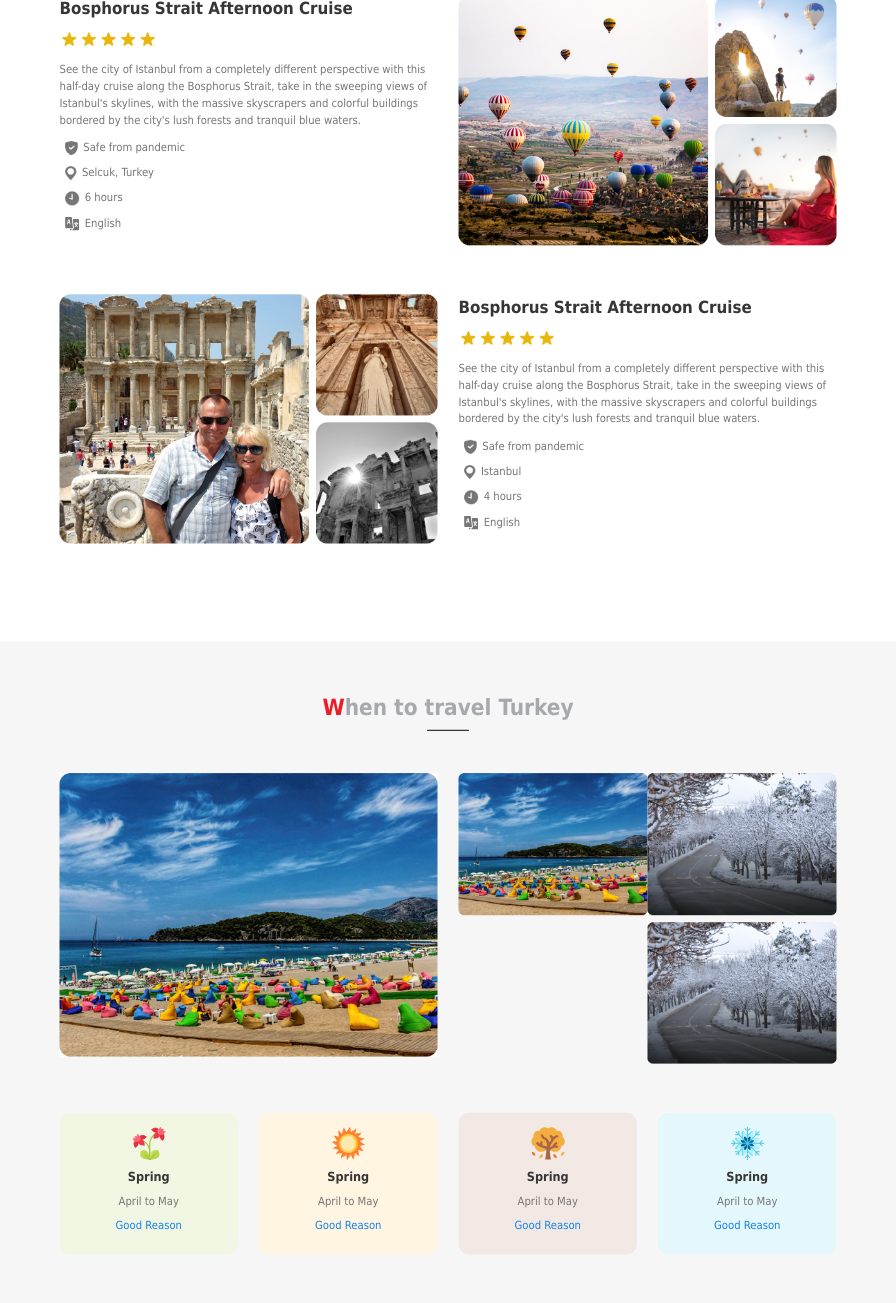
Repository: cvminhquan/turkey
Page: index.html
The author's editor kept a copy of each file at every save. The page is drawn from the files as they stood at one save, then again after the next save.
The browser window is 1280 px wide. The pictures show the part of the page from y = 1949 to 3869 px (the page is 3811 px tall before and 3869 px after), at 70% of full size.
The style sheet was rebuilt from its Sass, Less or Tailwind sources for each picture, by a compiler version that may differ from the author's.

Above is the page before, as saved 2022-09-15 22:19:42.

After the next save:
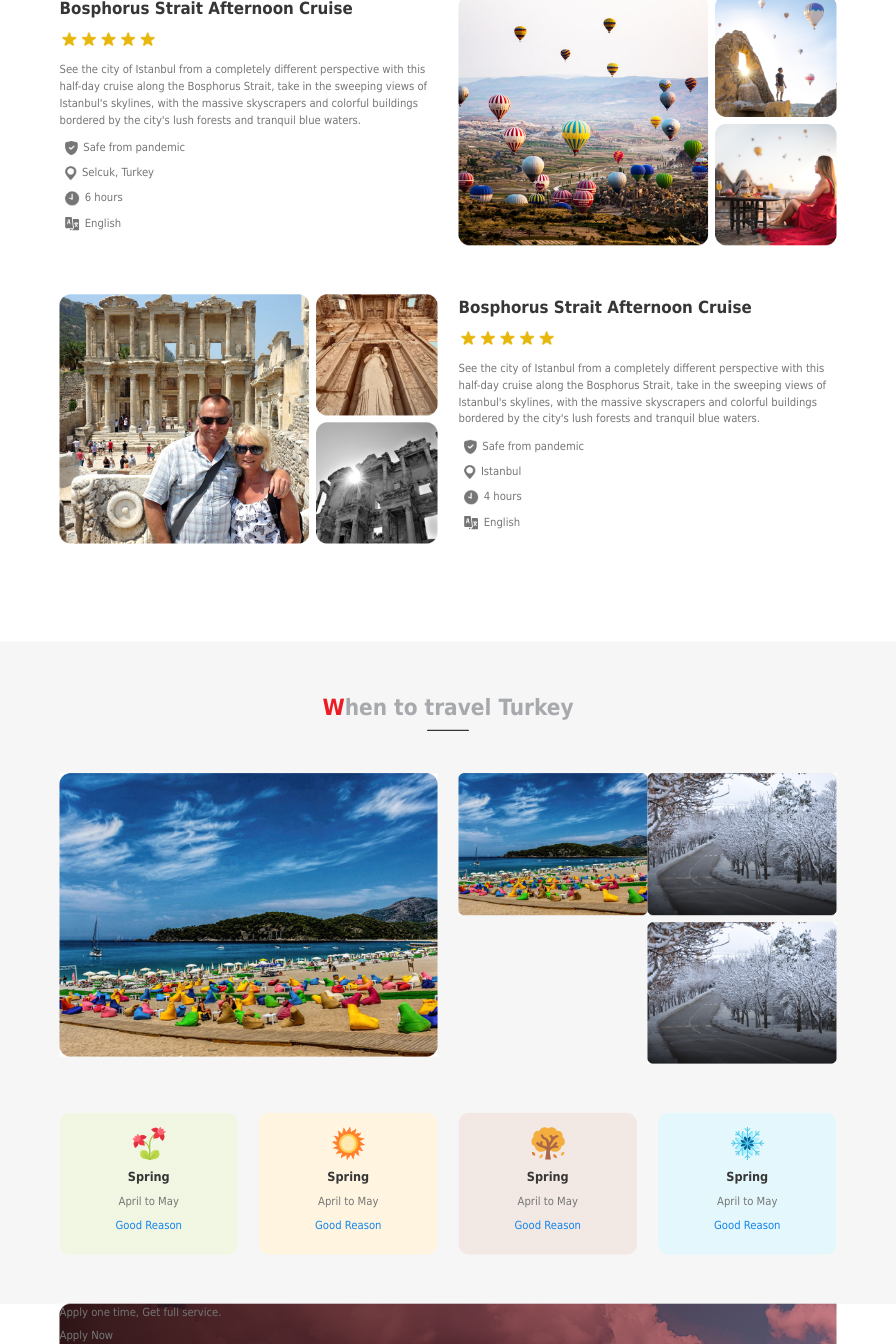
Saved 3 s later.
--- a/index.html
+++ b/index.html
@@ -241,6 +241,16 @@
                 </div>
             </div>
         </section>
+        <section id="whychooseus" class="whychooseus">
+            <div>
+                <div class="container">
+                    <div class="ad-infor">
+                        <p>Apply one time, Get full service.</p>
+                        <a href="">Apply Now</a>
+                    </div>
+                </div>
+            </div>
+        </section>
         <section id="contactus ">
 
         </section>
